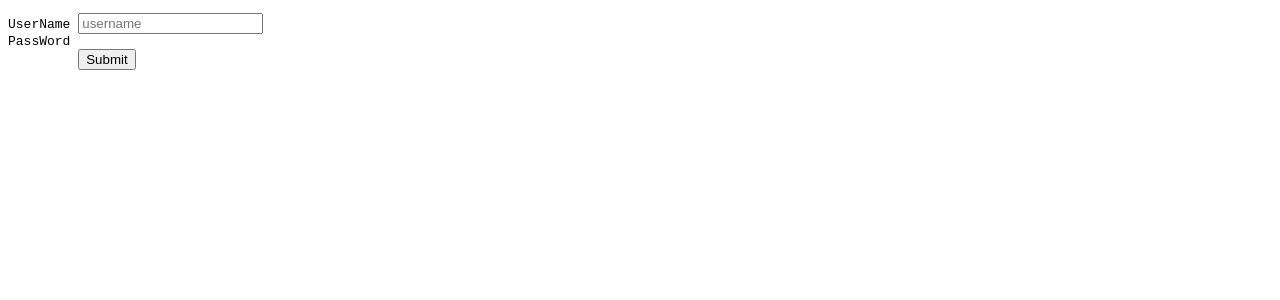
Repository: OrusuRatnamala/JAVA
Page: servlets/Sample/WebContent/New1.html
These files come from the project's save history. The page is drawn as it stood at one moment and after the next save; the edit follows.
The browser window is 1280 px wide. The pictures show the whole page.

Above is the page before, as saved 2023-09-14 22:19:53.

### servlets/Sample/WebContent/New1.html
<!DOCTYPE html>
<html>
<head>
<meta charset="ISO-8859-1">
<title>Insert title here</title>
</head>
<body>
<form method = "post">
<pre>
UserName <input type="text" name ="username" placeholder="username"/>
PassWord <nput type="password" name="password" placeholder="password"/>
         <input type="Submit"/>
         </pre>
</form>
</body>
</html>

After the next save:
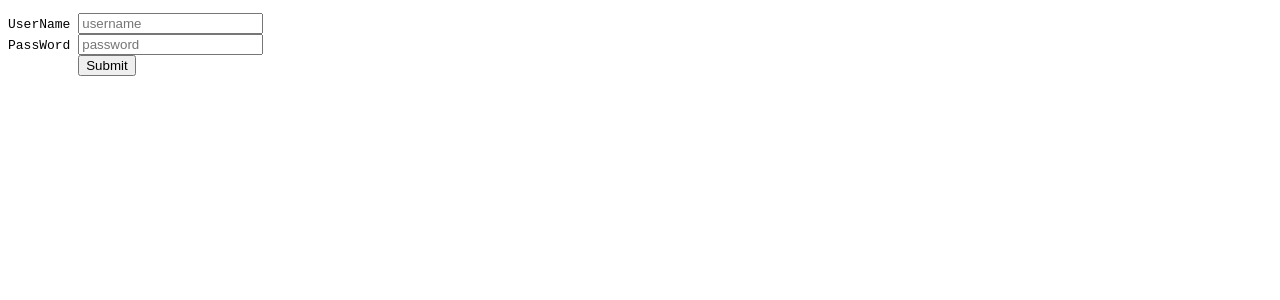
Saved 20 s later.
--- a/servlets/Sample/WebContent/New1.html
+++ b/servlets/Sample/WebContent/New1.html
@@ -8,7 +8,7 @@
 <form method = "post">
 <pre>
 UserName <input type="text" name ="username" placeholder="username"/>
-PassWord <nput type="password" name="password" placeholder="password"/>
+PassWord <input type="password" name="password" placeholder="password"/>
          <input type="Submit"/>
          </pre>
 </form>
